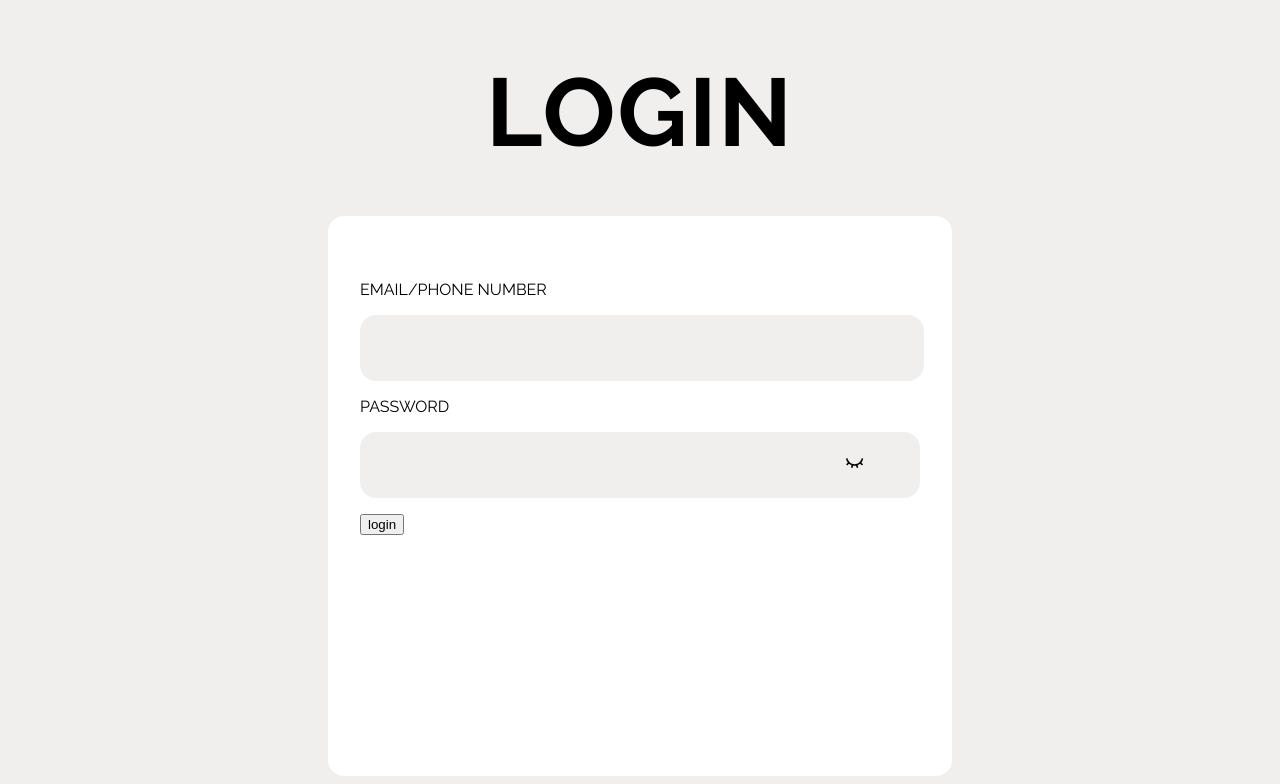
Repository: rehamtaher10/thirdReactTask
Page: /
An editor plug-in stored every save of this project. The page is shown before and after the next save, followed by the edit.
The browser window is 1280 px wide. The pictures show the whole page.
The project was rebuilt for these pictures with package versions that can differ from the ones it lists, and the page was loaded fresh each time. Also part of the build but not shown: vite.config.js, src/components/HomePage/Home.jsx, src/style/navBar.css, src/components/Navbar.jsx, src/components/Layout/Layout.jsx, src/components/AboutPage/About.jsx, src/style/contactUs.css, src/components/ContactUsPage/ContactUs.jsx and 2 more.

Above is the page before, as saved 2024-12-02 00:47:03.

After the next save:
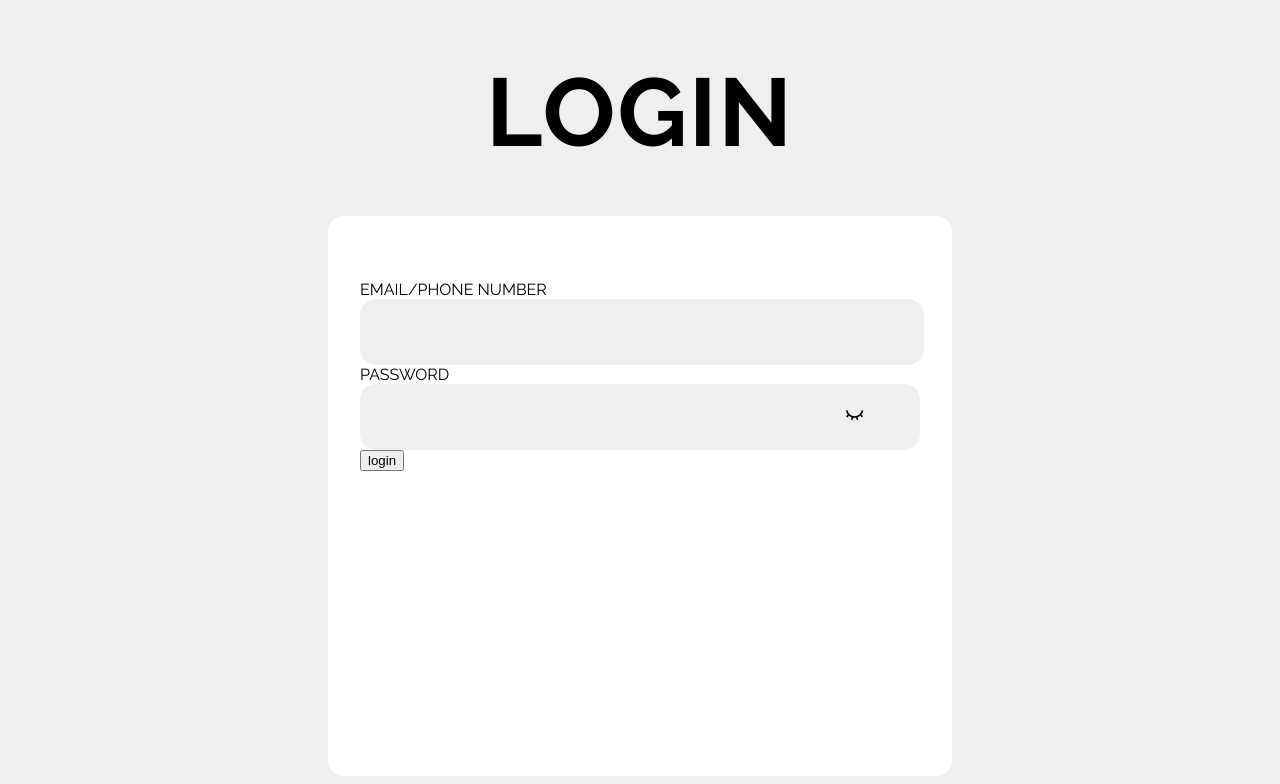
Saved 48 s later.
--- a/src/style/loginPage.css
+++ b/src/style/loginPage.css
@@ -34,7 +34,7 @@ body {
     background-color: rgb(241, 238, 238);
     border: none;
     border-radius: 1rem;
-    margin-block: 1rem;
+    /* margin-block: 1rem; */
 }
 .error {
     color: #ba1420;
